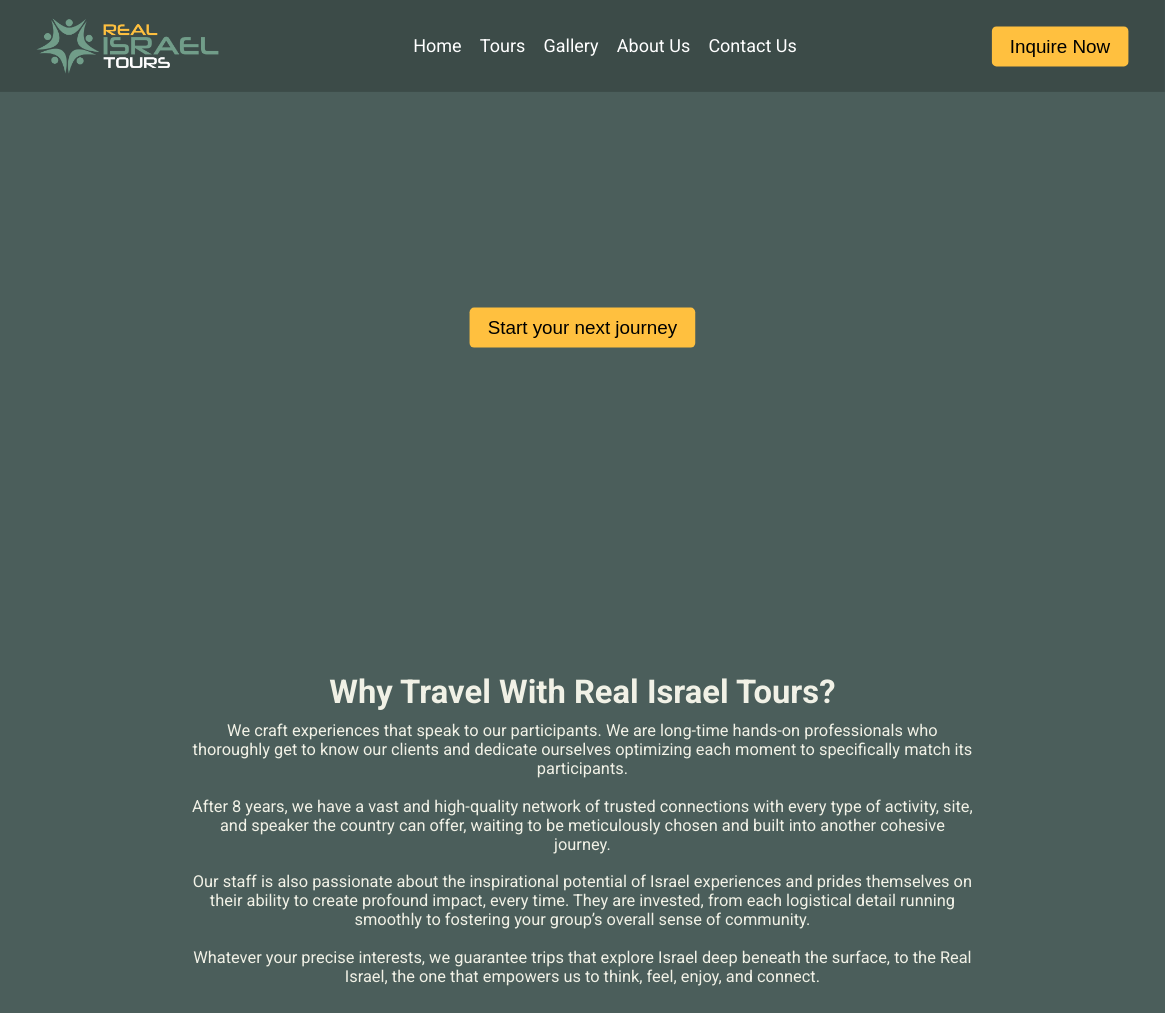
Repository: Pafestivo/realIsraelTours
Page: / (app in frontend/)
The author's editor kept a copy of each file at every save. The page is drawn from the files as they stood at one save, then again after the next save.
The browser window is 1280 px wide. The pictures show the whole page, at 91% of full size.
The project was rebuilt for these pictures with package versions that can differ from the ones it lists, and the page was loaded fresh each time. The framework's server and built-in components were replaced by stand-ins that run in the browser. Also part of the build but not shown: frontend/next.config.js.

Above is the page before, as saved 2023-09-19 22:11:40.

After the next save:
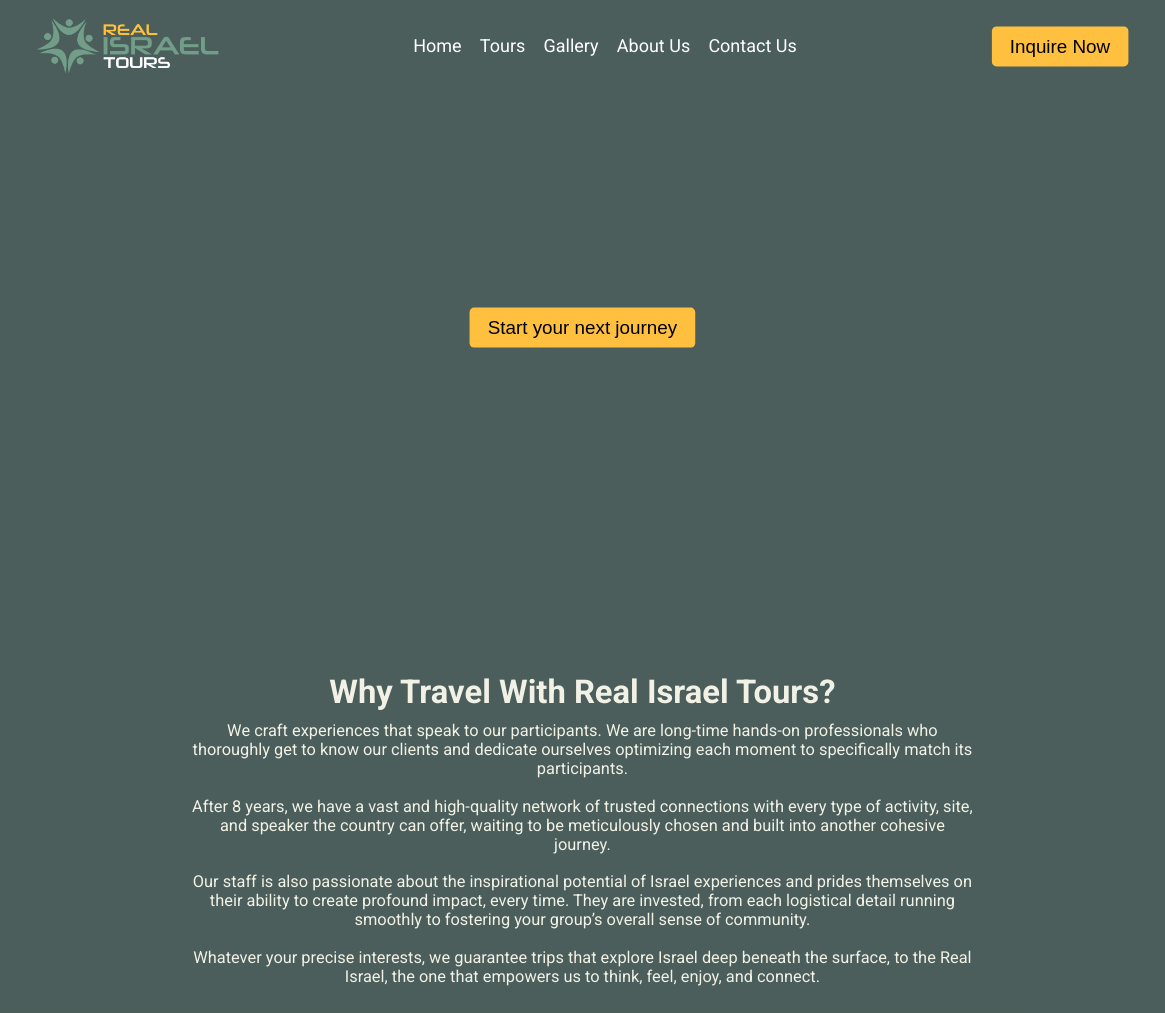
Saved 6 s later.
--- a/frontend/src/styles/header.css
+++ b/frontend/src/styles/header.css
@@ -11,7 +11,7 @@
 }
 
 .header.transparent {
-  background-color: rgba(0, 0, 0, 0.2);
+  background-color: rgba(0, 0, 0, 0);
 }
 
 .headerLogo {
